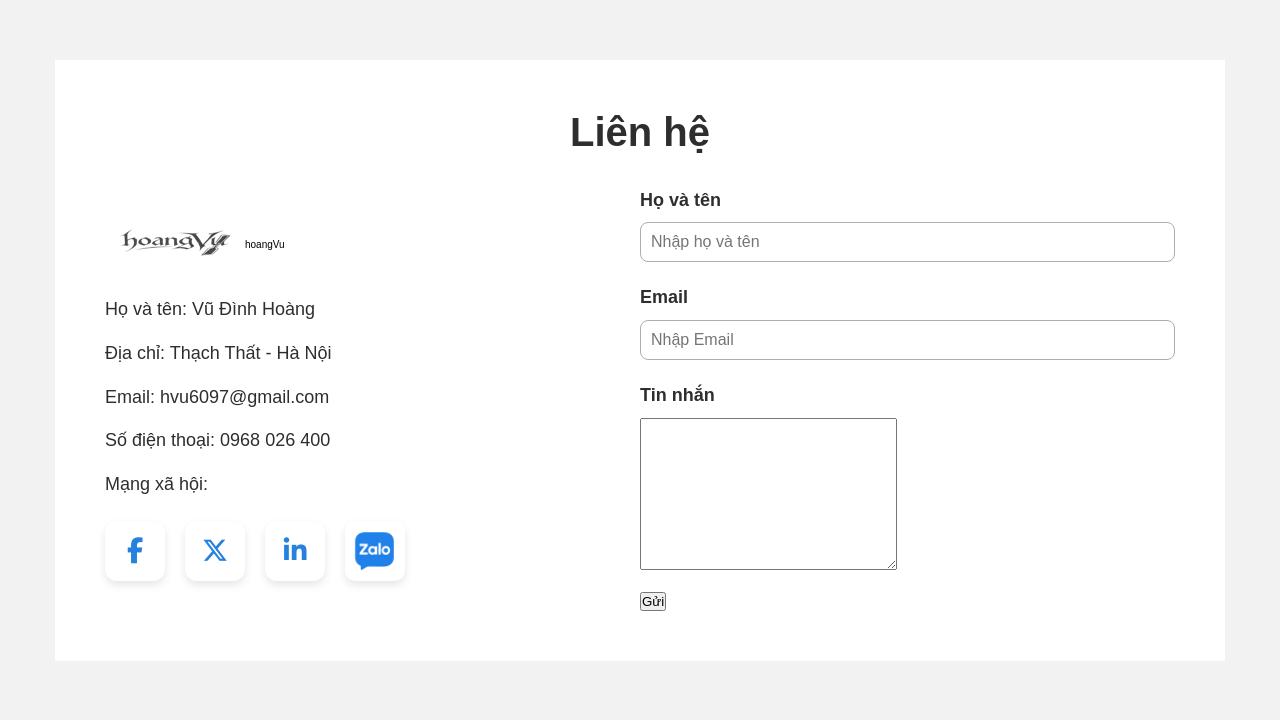
Repository: hoang28092000/portfolio
Page: pages/contact.html
An editor plug-in stored every save of this project. The page is shown before and after a run of saves, followed by the edit.
The browser window is 1280 px wide. The pictures show the whole page.

Above is the page before, as saved 2025-04-11 23:40:07.

### pages/contact.html
<!DOCTYPE html>
<html lang="en">
  <head>
    <meta charset="UTF-8" />
    <meta name="viewport" content="width=device-width, initial-scale=1.0" />
    <link
      rel="stylesheet"
      href="https://cdnjs.cloudflare.com/ajax/libs/font-awesome/6.7.2/css/all.min.css"
      integrity="sha512-Evv84Mr4kqVGRNSgIGL/F/aIDqQb7xQ2vcrdIwxfjThSH8CSR7PBEakCr51Ck+w+/U6swU2Im1vVX0SVk9ABhg=="
      crossorigin="anonymous"
      referrerpolicy="no-referrer"
    />
    <link rel="stylesheet" href="../css/pages.css" />
    <link rel="stylesheet" href="../css/responsive-pages.css" />
    <title>Liên hệ</title>
  </head>
  <body>
    <main id="main-contact">
      <div class="container">
       <div class="contact">
        <h2 class="title-heading title-contact">Liên hệ</h2>
        <div class="content-contact">
          <div class="contact-left">
            <div class="logo-contact">
              <img
                src="../asset/image/hoangVu_logo.png"
                alt="logo"
                class="img-logo-contact"
              />
              <p class="name-logo-contact">hoangVu</p>
            </div>
            <div class="info-contact">
              <p class="txt-contact">Họ và tên: Vũ Đình Hoàng</p>
              <p class="txt-contact">Địa chỉ: Thạch Thất - Hà Nội</p>
              <p class="txt-contact">Email: hvu6097@gmail.com</p>
              <p class="txt-contact">Số điện thoại: 0968 026 400</p>
            </div>
            <p class="txt-contact">Mạng xã hội:</p>
            <div class="social-contact">
              <a
                href="https://www.facebook.com/profile.php?id=100008725181742"
                target="_blank"
                ><i class="fa-brands fa-facebook-f icon-contact"></i
              ></a>
              <a href="https://x.com/kinsman2809" target="_blank"
                ><i class="fa-brands fa-x-twitter icon-contact"></i
              ></a>
              <a
                href="https://www.linkedin.com/in/ho%C3%A0ng-v%C5%A9-0b4891179/"
                target="_blank"
                ><i class="fa-brands fa-linkedin-in icon-contact"></i
              ></a>
              <a href="">
                <img src="../asset/image/icon-zalo.png" alt="zalo" class="img-social">
              </a>
            </div>
          </div>
          <div class="contact-right">
            <form action="" class="form-contact">
              <div class="input-contact">
                <label for="name" class="label-contact">Họ và tên</label>
                <input type="text" id="name" placeholder="Nhập họ và tên" class="input-field" required />
              </div>
              <div class="input-contact">
                <label for="email" class="label-contact">Email</label>
                <input type="email" id="email" placeholder="Nhập Email" class="input-field" required />
              </div>
              <div class="input-contact">
                <label for="message" class="label-contact">Tin nhắn</label>
                <textarea
                  name="message"
                  id="message"
                  cols="30"
                  rows="10"
                  class="input-field"
                  required
                ></textarea>
              </div>
              <button type="submit" class="btn-submit">Gửi</button>
            </form>
          </div>
        </div>
       </div>
      </div>
    </main>
  </body>
</html>

### css/pages.css
* {
  padding: 0;
  margin: 0;
  box-sizing: border-box;
}
html {
  font-family: Poppins, sans-serif;
  font-size: 62.5%;
}

.container {
  width: 1170px;
  max-width: calc(100% - 48px);
  margin: 0 auto;
}

/* main */

#about,
#skills {
  background-color: #f2f2f2;
}
.top-content-about {
  padding: 60px 0;
  display: flex;
  justify-content: space-between;
  align-items: center;
}
.about-left {
  width: 40%;
}
.img-about {
  width: 100%;
  border: 6px solid #7a7575;
  border-radius: 50%;
}
.about-right {
  max-width: 702px;
  height: 362px;
  margin-left: 120px;
  padding-right: 60px;
}
.title-heading {
  font-size: 6rem;
  color: #2e2e2e;
  font-weight: 700;
  margin-bottom: 30px;
}
.about-right .desc-about {
  font-size: 1.6rem;
  color: #6b6565;
  font-weight: 500;
  line-height: 1.76;
  margin-top: 20px;
  text-align: justify;
}
.content-main {
  display: grid;
  grid-template-columns: 1fr 1fr;
  gap: 80px;
  padding-top: 70px;
}
.paragraph {
  margin-bottom: 20px;
}
.heading-main {
  font-size: 2rem;
  color: #2e2e2e;
  margin-bottom: 10px;
  line-height: 1.66;
}
.desc-content-main {
  font-size: 1.6rem;
  color: #2e2e2e;
  font-weight: 300;
  line-height: 1.76;
  text-align: justify;
}
.list-img-about {
  display: flex;
  justify-content: center;
  align-items: center;
  margin-top: 30px;
  gap: 20px;
  padding-bottom: 30px;
}
.list-img-about img {
  width: 200px;
  height: 200px;
  border-radius: 10px;
  border: 1px solid #2e2e2e;
  transition: all 0.3s ease-in-out;
}
.list-img-about img:hover {
  transform: scale(1.1);
  border: 2px solid #fff;
}

/* skills */
.title-skills {
  padding-top: 60px;
  text-align: center;
}
#skills ul {
    padding-left: 18px;
}

.my-project{
    margin-top: 70px;
}
.list-project{
    display: grid;
    grid-template-columns: repeat(auto-fit, minmax(300px, 1fr));
    gap: 30px;
    margin-top: 60px;
}
.list-project a{
    text-decoration: none;
    color: #2e2e2e;
}
.card-project{
    position: relative;
    background-color: #fff;
    border-radius: 10px;
    box-shadow: 0 4px 8px rgba(0, 0, 0, 0.1);
    overflow: hidden;
    transition: all 0.3s ease-in-out;
    cursor: pointer;
}
.card-project:hover{
    transform: scale(1.05);
    box-shadow: 0 8px 16px rgba(0, 0, 0, 0.2);
}
.card-project::after {
    display: flex;
    justify-content: center;
    align-items: center;
    font-weight: 600;
    color: #fff;
    content: 'Xem Thêm Demo';
    font-size: 3rem;
    position: absolute;
    top: 0; left: 0;
    width: 100%; height: 100%;
    background: #16161633; /* màu đen mờ */
    opacity: 0;
    transition: opacity 0.3s ease;
    pointer-events: none; /* để không cản trở click hay hover */
    z-index: 1;
  }
  .card-project:hover::after {
    opacity: 1;
  }

.card-project img{
    width: 100%;
    height: 200px;
    object-fit: cover;
}

.info-card{
    padding: 30px 20px 20px;
    text-align: center;

}
.heading-card{
    font-size: 2rem;
    color: #2e2e2e;
    margin-bottom: 10px;
}
.desc-card{
    font-size: 1.6rem;
    color: #2e2e2e;
    font-weight: 300;
    line-height: 1.76;
}
.desc-card span {
    font-weight: bold;
}

#main-contact{
    padding: 60px 0;
    background-color: #f2f2f2;
}
#main-contact .title-contact{
    font-size: 4rem;
    text-align: center;
    margin-bottom: 30px;
}

/* contact */
#main-contact{
    display: flex;
    justify-content: center;
    align-items: center;
    width: 100%;
    height: 100vh;
    overflow: hidden;
}
.contact{
    background-color: #fff;
    padding: 50px;
}
.contact .content-contact{
    display: flex;
    justify-content: space-between;
    align-items: center;
}

.contact-left {
    width: 50%;
}
.logo-contact{
    display: flex;
    align-items: center;
    margin-bottom: 20px;
}
.img-logo-contact{
    width: 140px;
    height: 60px;
    padding: 10px;

}

.img-social{
    width: 60px;
    height: 60px;
    border-radius: 10px;
    box-shadow: 0 4px 8px rgba(0, 0, 0, 0.1);

}
.social-contact{
    display: flex;
    align-items: center;
    height: 60px;
    gap: 20px;
    margin-top: 20px;
}
.social-contact a{
    width: 60px;
    height: 60px;
    display: block;
    text-decoration: none;
    color: #2e2e2e;
}
.contact-right {
    width: 50%;
}
.icon-contact{
    width: 60px;
    height: 60px;
    display: flex;
    justify-content: center;
    align-items: center;
    font-size: 2.6rem;
    box-shadow: 0 4px 8px rgba(0, 0, 0, 0.1);
    border-radius: 12px;
    color: #2680de;
}

.txt-contact{
    font-size: 1.8rem;
    color: #2e2e2e;
    margin-bottom: 12px;
    line-height: 1.76;
}
.input-contact{
    margin-bottom: 20px;
}

.label-contact{
    display: block;
    font-size: 1.8rem;
    color: #2e2e2e;
    line-height: 1.76;
    font-weight: 600;
    margin-bottom: 6px;
}
.input-contact input{
    width: 100%;
    padding: 10px;
    border-radius: 8px;
    border: 1px solid #afacac;
    font-size: 1.6rem;
    color: #2e2e2e;
    outline: none;
}

### css/responsive-pages.css
/* bout-me */
@media (min-width: 1024.02px) and (max-width: 1169.98px) {
  .top-content-about {
    display: flex;
    flex-direction: column;
    align-items: center;
    padding-bottom: 40px;
  }
  .list-img-about {
    display: flex;
    flex-wrap: wrap;
    justify-content: center;
    align-items: start;
    gap: 30px;
  }
  .list-img-about img {
    max-width: 200px;
    display: block;
    border: 1px solid #2e2e2e;
  }
  .about-left {
    width: 60%;
    margin-bottom: 30px;
  }
  .about-right {
    width: 100%;
    margin-left: 0;
    padding-right: 0;
  }
  .title-heading {
    font-size: 6rem;
    text-align: center;
    margin-bottom: 16px;
  }
  .about-right .desc-about {
    font-size: 1.8rem;
    margin-bottom: 20px;
  }
}
@media (max-width: 1024px) {
  .list-img-about {
    display: grid;
    grid-template-columns: 1fr 1fr 1fr;
    gap: 20px;
    flex-wrap: wrap;
    padding-bottom: 30px;
    align-items: start;
  }
  .about-left {
    width: 40%;
  }
  .about-right {
    width: 60%;
  }
  .img-about {
    width: 100%;
    height: auto;
    border-radius: 50%;
    border: 1px solid #2e2e2e;
  }
  .list-img-about img {
    display: block;
    width: 100%;
    height: auto;
    border: 1px solid #2e2e2e;
  }
}
@media (min-width: 768px) and (max-width: 1023.98px) {
  .about-right {
    width: 60%;
    height: auto;
  }
}
@media (max-width: 768px) {
  .top-content-about {
    display: flex;
    flex-direction: column;
    align-items: center;
    padding-bottom: 40px;
  }
  .about-left {
    margin-bottom: 30px;
  }
  .paragraph {
    text-align: justify;
  }
  .about-right {
    width: 100%;
    margin-left: 0;
    padding-right: 0;
  }
  .title-heading {
    font-size: 5rem;
    text-align: center;
    margin-bottom: 16px;
  }
  .about-right .desc-about {
    font-size: 1.6rem;
    margin-bottom: 20px;
    text-align: justify;
  }

  .list-img-about {
    display: grid;
    grid-template-columns: 1fr 1fr;
  }
  .list-img-about img {
    width: 100%;
    height: auto;
    border: 1px solid #2e2e2e;
  }
}
@media (max-width: 480px) {
  .top-content-about {
    display: flex;
    flex-direction: column;
    align-items: center;
    padding-bottom: 40px;
  }
  .about-left {
    width: 60%;
    margin-bottom: 30px;
  }
  .list-img-about {
    display: grid;
    grid-template-columns: 1fr 1fr;
    gap: 10px;
    padding-bottom: 0;
  }
  .about-right {
    width: 100%;
    margin-left: 0;
    padding-right: 0;
  }
  .title-heading {
    font-size: 4rem;
    text-align: center;
    margin-bottom: 16px;
  }
  .about-right .desc-about {
    font-size: 1.6rem;
    margin-bottom: 20px;
  }
  .content-main {
    grid-template-columns: 1fr;
  }
  .paragraph {
    margin-bottom: 14px;
  }
  .paragraph .heading-main {
    font-size: 1.8rem;
    margin-bottom: 10px;
  }
  .list-img-about img {
    width: 100%;
    height: auto;
    border: 1px solid #2e2e2e;
  }
}

After the next 5 saves:
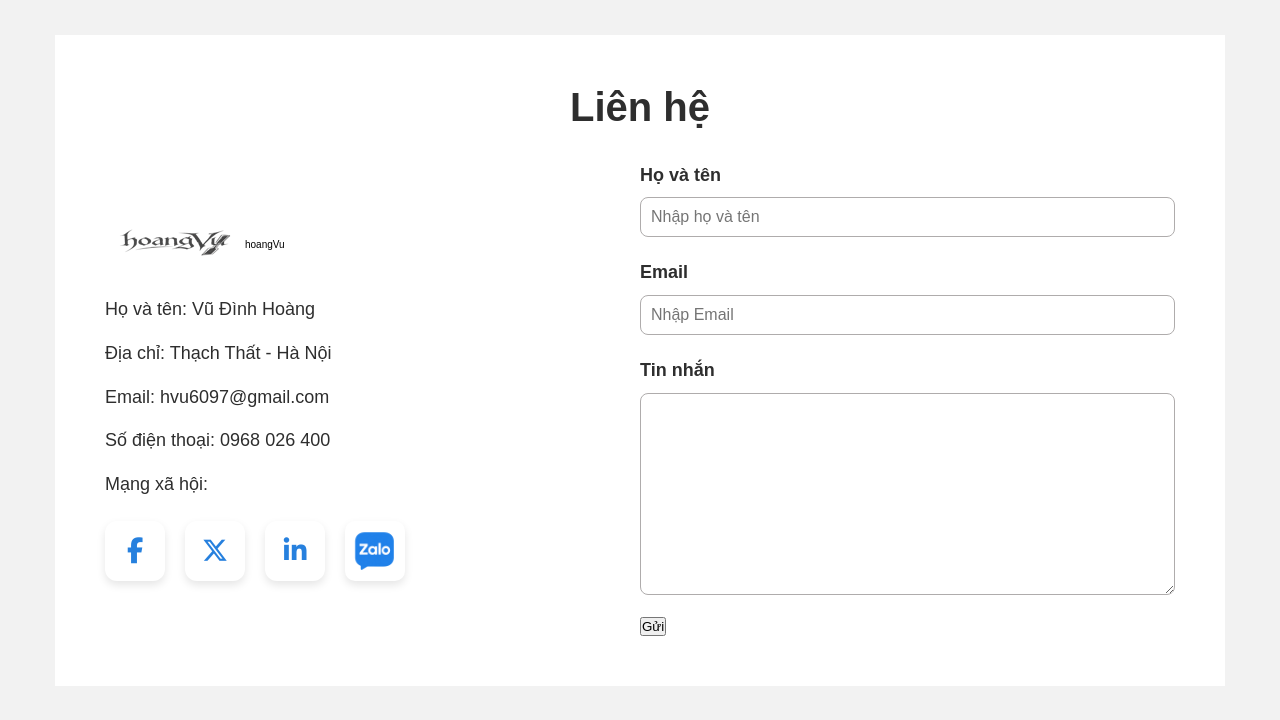
The 5 saves are shown as one change because they came seconds apart.
The last was saved 27 s later.
--- a/css/pages.css
+++ b/css/pages.css
@@ -285,3 +285,12 @@ html {
     color: #2e2e2e;
     outline: none;
 }
+.input-contact textarea{
+    width: 100%;
+    padding: 10px;
+    border-radius: 8px;
+    border: 1px solid #afacac;
+    font-size: 1.6rem;
+    color: #2e2e2e;
+    outline: none;
+}
